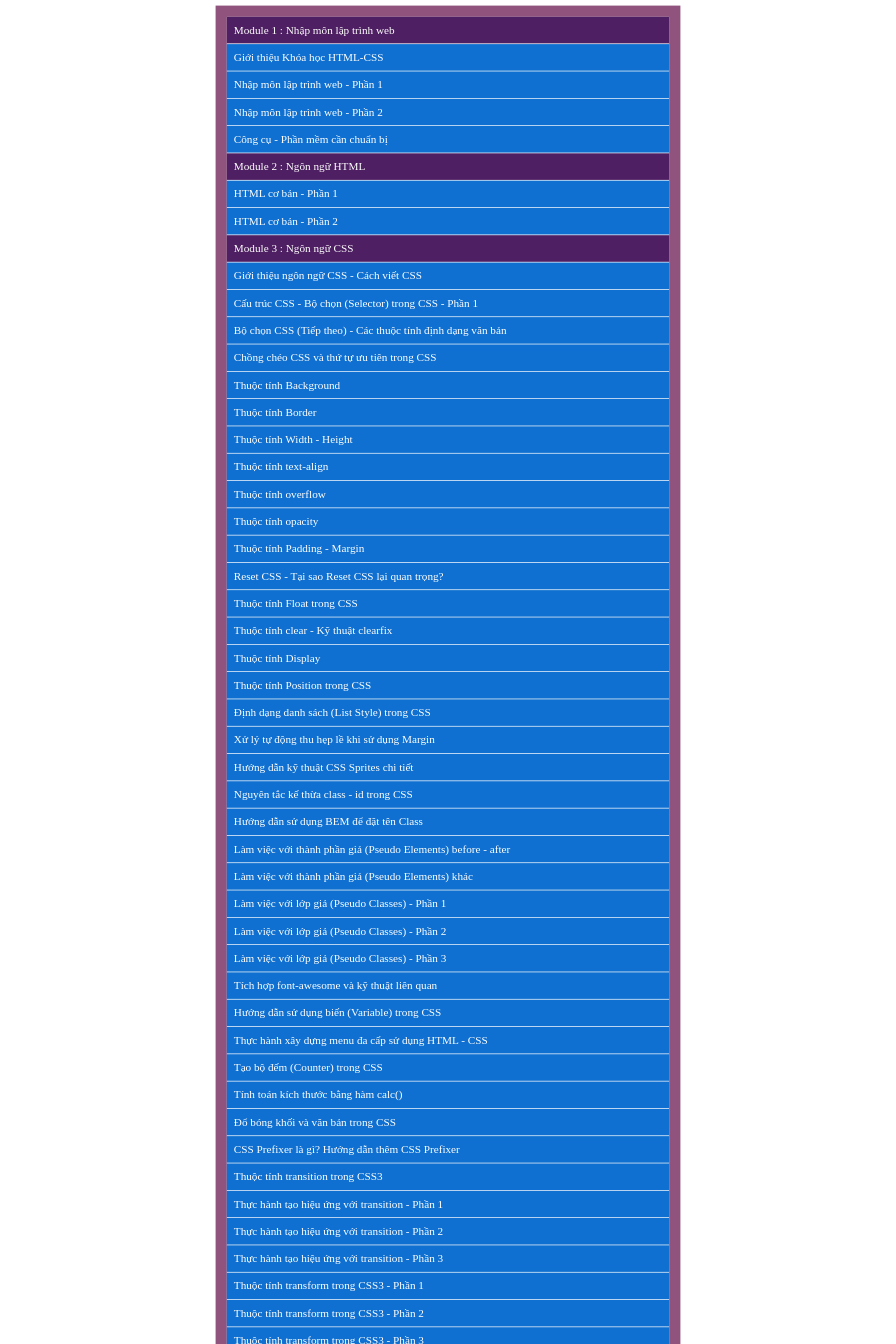
Repository: Dongnguyen318/Quydong
Page: Day 29/index.html
These files come from the project's save history. The page is drawn as it stood at one moment and after the next save; the edit follows.
The browser window is 1280 px wide. The pictures show the part of the page from y = 0 to 1920 px (the page is 4650 px tall), at 70% of full size.

Above is the page before, as saved 2023-10-01 00:55:03.

After the next save:
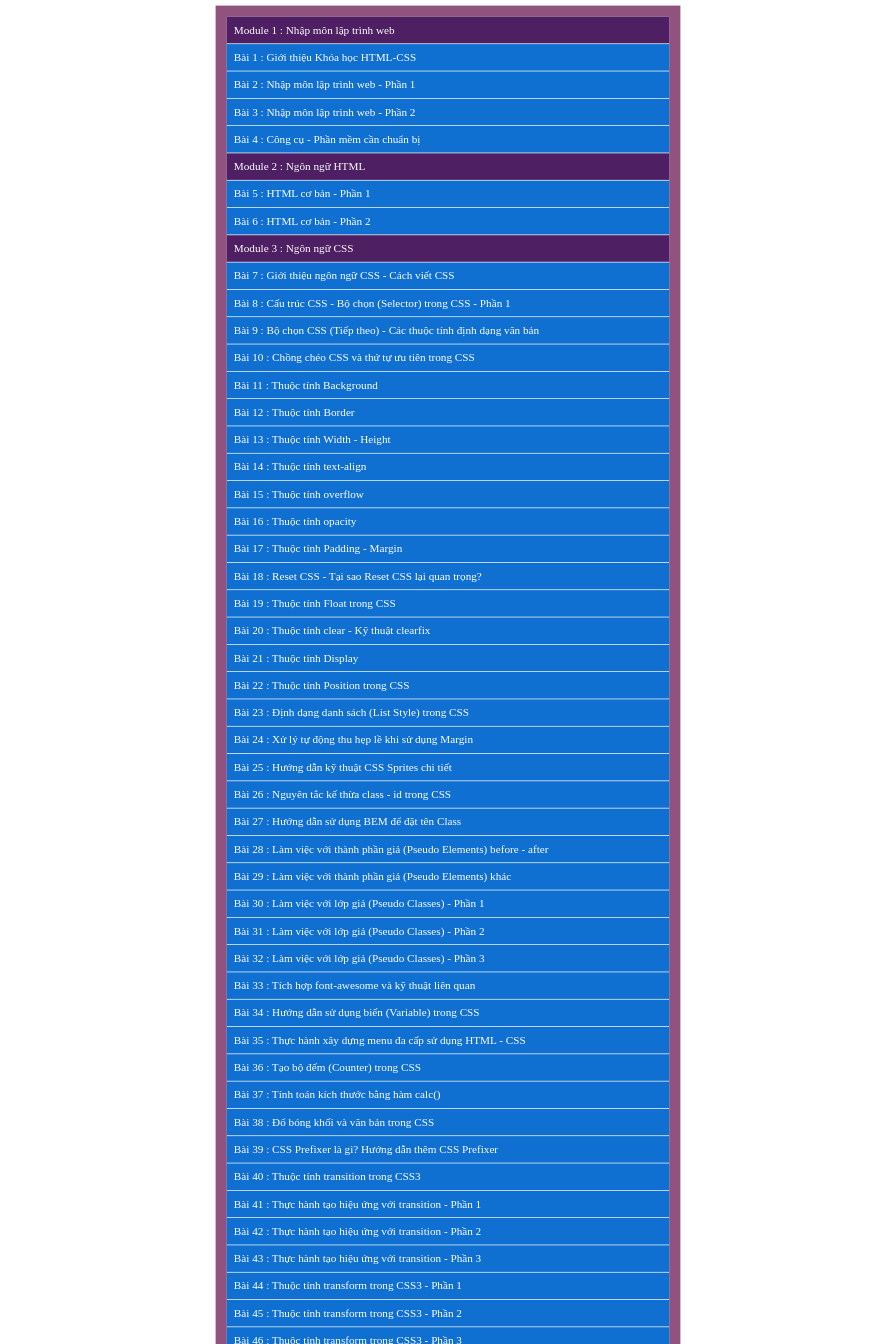
Saved 85 s later.
--- a/Day 29/js.js
+++ b/Day 29/js.js
@@ -1,12 +1,10 @@
 const dragList = document.getElementById("dragList");
 let draggedItem = null;
 
-// Add event listeners for drag and drop events
 dragList.addEventListener("dragstart", handleDragStart);
 dragList.addEventListener("dragover", handleDragOver);
 dragList.addEventListener("drop", handleDrop);
 
-// Drag start event handler
 function handleDragStart(event) {
   draggedItem = event.target;
   event.dataTransfer.effectAllowed = "move";
@@ -14,7 +12,6 @@ function handleDragStart(event) {
   event.target.style.opacity = "0.5";
 }
 
-// Drag over event handler
 function handleDragOver(event) {
   event.preventDefault();
   event.dataTransfer.dropEffect = "move";
@@ -42,7 +39,6 @@ function handleDragOver(event) {
   }
 }
 
-// Drop event handler
 function handleDrop(event) {
   event.preventDefault();
   const targetItem = event.target;
@@ -66,7 +62,7 @@ function handleDrop(event) {
   autoIndex(false);
 }
 const autoIndex = function (isFirstLoad) {
-  //auto index for all module
+  // đánh sô thứ tự
   const modules = [...document.querySelectorAll(".list-item.active")];
   modules.forEach((module, index) => {
     if (isFirstLoad) {
@@ -77,14 +73,14 @@ const autoIndex = function (isFirstLoad) {
       module.children[0].innerText = index + 1;
     }
   });
-  //   //auto index for all list-item not index
-  //   const items = [...document.querySelectorAll(".list-item:not(.active)")];
-  //   items.forEach((item, index) => {
-  //     if (isFirstLoad) {
-  //       item.innerHTML = `Bài <span>${index + 1}</span> : ${item.innerText} `;
-  //     } else {
-  //       item.children[0].innerText = index + 1;
-  //     }
-  //   });
+
+  const items = [...document.querySelectorAll(".list-item:not(.active)")];
+  items.forEach((item, index) => {
+    if (isFirstLoad) {
+      item.innerHTML = `Bài <span>${index + 1}</span> : ${item.innerText} `;
+    } else {
+      item.children[0].innerText = index + 1;
+    }
+  });
 };
 autoIndex(true);
